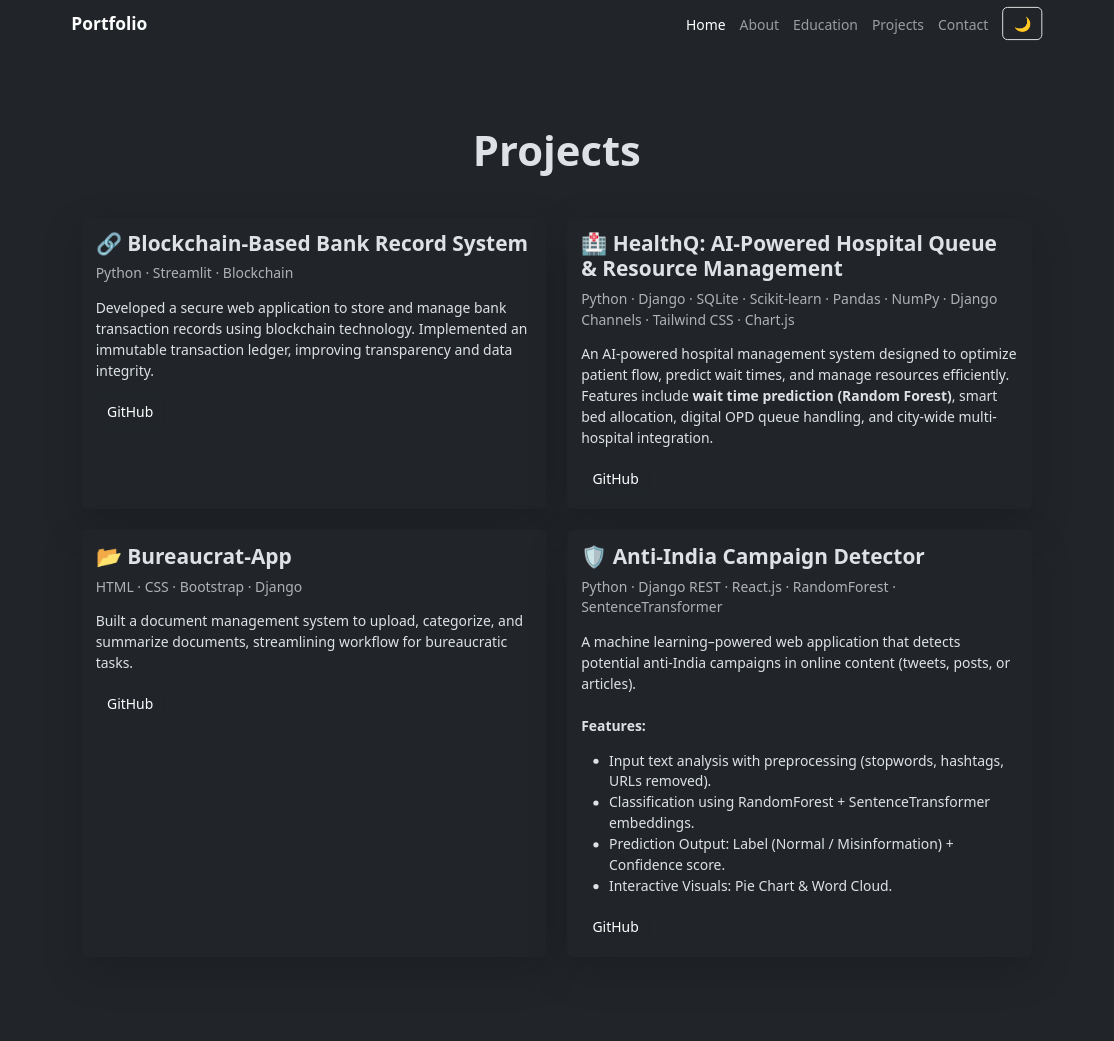
Repository: Shreyasaraf01/shreya-portfolio
Page: http://localhost/projects/
An editor plug-in stored every save of this project. The page is shown before and after the next save, followed by the edit.
The browser window is 1280 px wide. The pictures show the whole page, at 87% of full size.
The page is served by the project's application, run on Django 5.2 (manage.py). Other server files are loaded and not shown.

Above is the page before, as saved 2025-09-13 22:35:19.

### main/templates/main/projects.html
{% extends "base.html" %}
{% load static %}

{% block content %}
<div class="container py-5">
  <h2 class="display-5 fw-bold text-center mb-5">Projects</h2>

  <div class="row g-4">

    <!-- Blockchain-Based Bank Record System -->
    <div class="col-md-6">
      <div class="card h-100 shadow-lg border-0">
        <div class="card-body">
          <h4 class="card-title fw-bold">🔗 Blockchain-Based Bank Record System</h4>
          <p class="text-muted">Python · Streamlit · Blockchain</p>
          <p>
            Developed a secure web application to store and manage bank transaction records using blockchain technology.
            Implemented an immutable transaction ledger, improving transparency and data integrity.
          </p>
          <a href="https://github.com/yourusername/blockchain-bank" target="_blank" class="btn btn-dark">GitHub</a>
        </div>
      </div>
    </div>

    <!-- HealthQ -->
    <div class="col-md-6">
      <div class="card h-100 shadow-lg border-0">
        <div class="card-body">
          <h4 class="card-title fw-bold">🏥 HealthQ: AI-Powered Hospital Queue & Resource Management</h4>
          <p class="text-muted">Python · Django · SQLite · Scikit-learn · Pandas · NumPy · Django Channels · Tailwind CSS · Chart.js</p>
          <p>
            An AI-powered hospital management system designed to optimize patient flow, predict wait times, and manage resources efficiently.
            Features include <strong>wait time prediction (Random Forest)</strong>, smart bed allocation, digital OPD queue handling, and city-wide multi-hospital integration.
          </p>
          <a href="https://github.com/yourusername/healthq" target="_blank" class="btn btn-dark">GitHub</a>
        </div>
      </div>
    </div>

    <!-- Bureaucrat-App -->
    <div class="col-md-6">
      <div class="card h-100 shadow-lg border-0">
        <div class="card-body">
          <h4 class="card-title fw-bold">📂 Bureaucrat-App</h4>
          <p class="text-muted">HTML · CSS · Bootstrap · Django</p>
          <p>
            Built a document management system to upload, categorize, and summarize documents, streamlining workflow for bureaucratic tasks.
          </p>
          <a href="https://github.com/yourusername/bureaucrat-app" target="_blank" class="btn btn-dark">GitHub</a>
        </div>
      </div>
    </div>

    <!-- Anti-India Campaign Detector -->
    <div class="col-md-6">
      <div class="card h-100 shadow-lg border-0">
        <div class="card-body">
          <h4 class="card-title fw-bold">🛡️ Anti-India Campaign Detector</h4>
          <p class="text-muted">Python · Django REST · React.js · RandomForest · SentenceTransformer</p>
          <p>
            A machine learning–powered web application that detects potential anti-India campaigns in online content (tweets, posts, or articles).
            <br><br>
            <strong>Features:</strong>
            <ul>
              <li>Input text analysis with preprocessing (stopwords, hashtags, URLs removed).</li>
              <li>Classification using RandomForest + SentenceTransformer embeddings.</li>
              <li>Prediction Output: Label (Normal / Misinformation) + Confidence score.</li>
              <li>Interactive Visuals: Pie Chart & Word Cloud.</li>
            </ul>
          </p>
          <a href="https://github.com/yourusername/anti-india-detector" target="_blank" class="btn btn-dark">GitHub</a>
        </div>
      </div>
    </div>

  </div>
</div>
{% endblock %}

### main/templates/base.html
<!DOCTYPE html>
<html lang="en" data-bs-theme="dark">
<head>
  <meta charset="UTF-8">
  <title>Portfolio</title>
  {% load static %}
  <link href="https://cdn.jsdelivr.net/npm/bootstrap@5.3.3/dist/css/bootstrap.min.css" rel="stylesheet">
  <script src="{% static 'js/theme.js' %}" defer></script>
</head>
<body>
  <!-- Navbar -->
  <nav class="navbar navbar-expand-lg navbar-dark bg-dark fixed-top">
    <div class="container">
      <a class="navbar-brand fw-bold" href="/">Portfolio</a>
      <button class="navbar-toggler" type="button" data-bs-toggle="collapse" data-bs-target="#navbarNav" aria-controls="navbarNav" aria-expanded="false" aria-label="Toggle navigation">
        <span class="navbar-toggler-icon"></span>
      </button>
      <div class="collapse navbar-collapse" id="navbarNav">
        <ul class="navbar-nav ms-auto">
          <li class="nav-item"><a class="nav-link active" href="/">Home</a></li>
          <li class="nav-item"><a class="nav-link" href="/about/">About</a></li>
          <li class="nav-item"><a class="nav-link" href="/education/">Education</a></li>
          <li class="nav-item"><a class="nav-link" href="/projects/">Projects</a></li>
          <li class="nav-item"><a class="nav-link" href="/contact/">Contact</a></li>
          <li class="nav-item">
            <button class="btn btn-outline-light ms-2" id="theme-toggle">🌙</button>
          </li>
        </ul>
      </div>
    </div>
  </nav>

  <!-- Main Content Container -->
  <div class="container py-5 mt-5">
    {% block content %}{% endblock %}
  </div>

  <script src="https://cdn.jsdelivr.net/npm/bootstrap@5.3.3/dist/js/bootstrap.bundle.min.js"></script>
</body>
</html>

### main/views.py
from django.shortcuts import render, redirect
from django.core.mail import send_mail
from django.conf import settings

def index(request):
    return render(request, "main/index.html")

def about(request):
    return render(request, "main/about.html")

def education(request):
    return render(request, "main/education.html")

def projects(request):
    return render(request, "main/projects.html")

def contact(request):
    if request.method == "POST":
        name = request.POST.get("name")
        email = request.POST.get("email")
        message = request.POST.get("message")

        send_mail(
            subject=f"Portfolio Contact from {name}",
            message=f"From: {email}\n\n{message}",
            from_email=settings.DEFAULT_FROM_EMAIL,
            recipient_list=[settings.CONTACT_EMAIL],
        )
        return redirect("home")

    return render(request, "main/contact.html")

### shreya_portfolio/urls.py
"""
URL configuration for shreya_portfolio project.

The `urlpatterns` list routes URLs to views. For more information please see:
    https://docs.djangoproject.com/en/5.1/topics/http/urls/
Examples:
Function views
    1. Add an import:  from my_app import views
    2. Add a URL to urlpatterns:  path('', views.home, name='home')
Class-based views
    1. Add an import:  from other_app.views import Home
    2. Add a URL to urlpatterns:  path('', Home.as_view(), name='home')
Including another URLconf
    1. Import the include() function: from django.urls import include, path
    2. Add a URL to urlpatterns:  path('blog/', include('blog.urls'))
"""
from django.contrib import admin
from django.urls import path, include

urlpatterns = [
    path('admin/', admin.site.urls),
    path("", include("main.urls")),
]

### main/urls.py
from django.urls import path
from . import views

urlpatterns = [
    path("", views.index, name="home"),
    path("about/", views.about, name="about"),
    path("education/", views.education, name="education"),
    path("projects/", views.projects, name="projects"),
    path("contact/", views.contact, name="contact"),
]

### main/static/js/theme.js
document.addEventListener("DOMContentLoaded", () => {
  const toggle = document.getElementById("theme-toggle");
  if (!toggle) return;

  toggle.addEventListener("click", () => {
    const html = document.documentElement;
    const current = html.getAttribute("data-bs-theme");
    const next = current === "dark" ? "light" : "dark";
    html.setAttribute("data-bs-theme", next);
    localStorage.setItem("theme", next);
    toggle.textContent = next === "dark" ? "🌙" : "☀️";
  });

  // persist user choice
  const saved = localStorage.getItem("theme");
  if (saved) {
    document.documentElement.setAttribute("data-bs-theme", saved);
    toggle.textContent = saved === "dark" ? "🌙" : "☀️";
  }
});

After the next save:
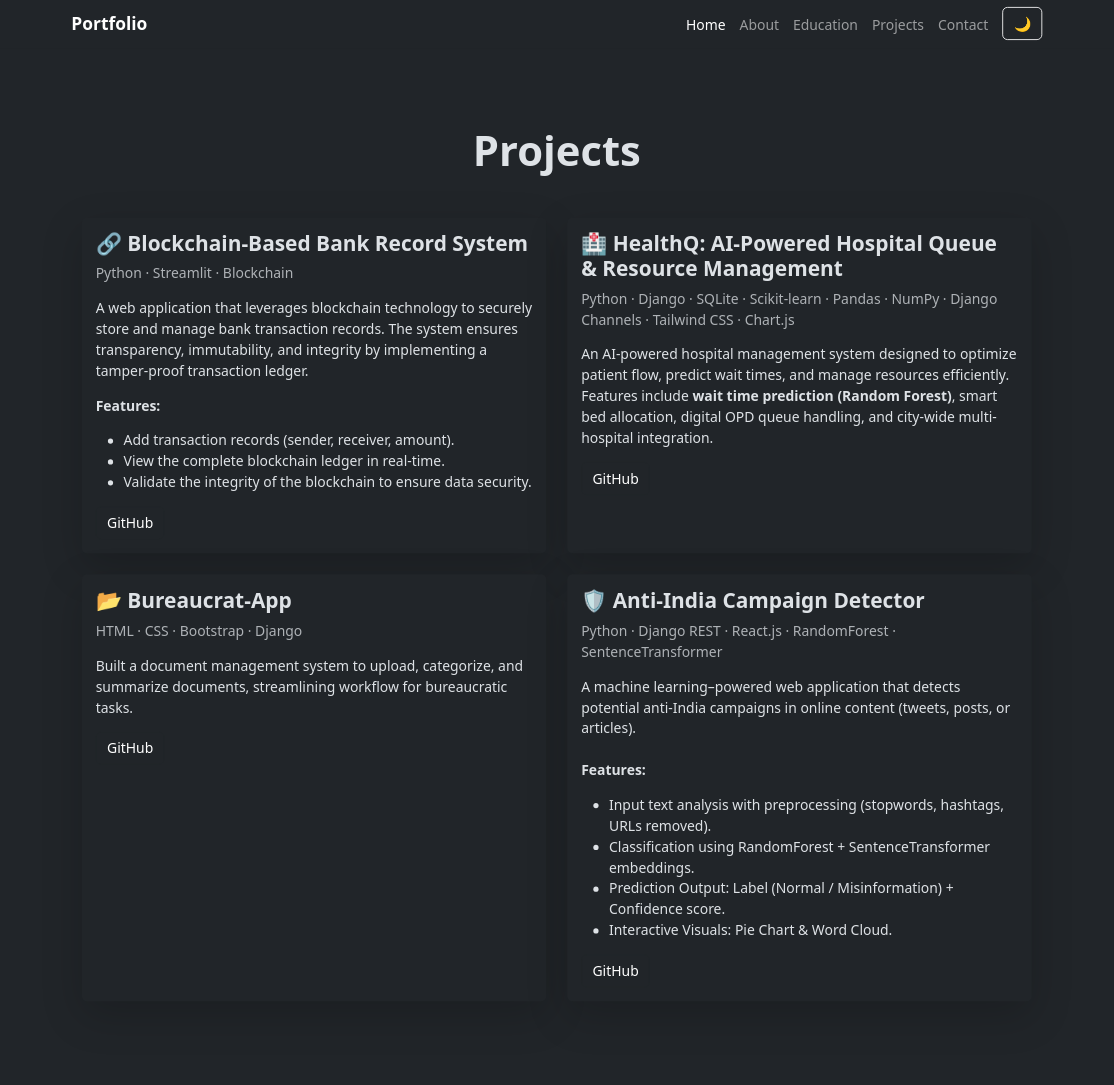
Saved 2 min 11 s later.
--- a/main/templates/main/projects.html
+++ b/main/templates/main/projects.html
@@ -8,19 +8,28 @@
   <div class="row g-4">
 
     <!-- Blockchain-Based Bank Record System -->
-    <div class="col-md-6">
-      <div class="card h-100 shadow-lg border-0">
-        <div class="card-body">
-          <h4 class="card-title fw-bold">🔗 Blockchain-Based Bank Record System</h4>
-          <p class="text-muted">Python · Streamlit · Blockchain</p>
-          <p>
-            Developed a secure web application to store and manage bank transaction records using blockchain technology.
-            Implemented an immutable transaction ledger, improving transparency and data integrity.
-          </p>
-          <a href="https://github.com/yourusername/blockchain-bank" target="_blank" class="btn btn-dark">GitHub</a>
-        </div>
-      </div>
+<div class="col-md-6">
+  <div class="card h-100 shadow-lg border-0">
+    <div class="card-body">
+      <h4 class="card-title fw-bold">🔗 Blockchain-Based Bank Record System</h4>
+      <p class="text-muted">Python · Streamlit · Blockchain</p>
+      <p>
+        A web application that leverages blockchain technology to securely store and manage bank transaction records.
+        The system ensures transparency, immutability, and integrity by implementing a tamper-proof transaction ledger.
+      </p>
+      <p>
+        <strong>Features:</strong>
+        <ul>
+          <li>Add transaction records (sender, receiver, amount).</li>
+          <li>View the complete blockchain ledger in real-time.</li>
+          <li>Validate the integrity of the blockchain to ensure data security.</li>
+        </ul>
+      </p>
+      <a href="https://github.com/yourusername/blockchain-bank" target="_blank" class="btn btn-dark">GitHub</a>
     </div>
+  </div>
+</div>
+
 
     <!-- HealthQ -->
     <div class="col-md-6">
